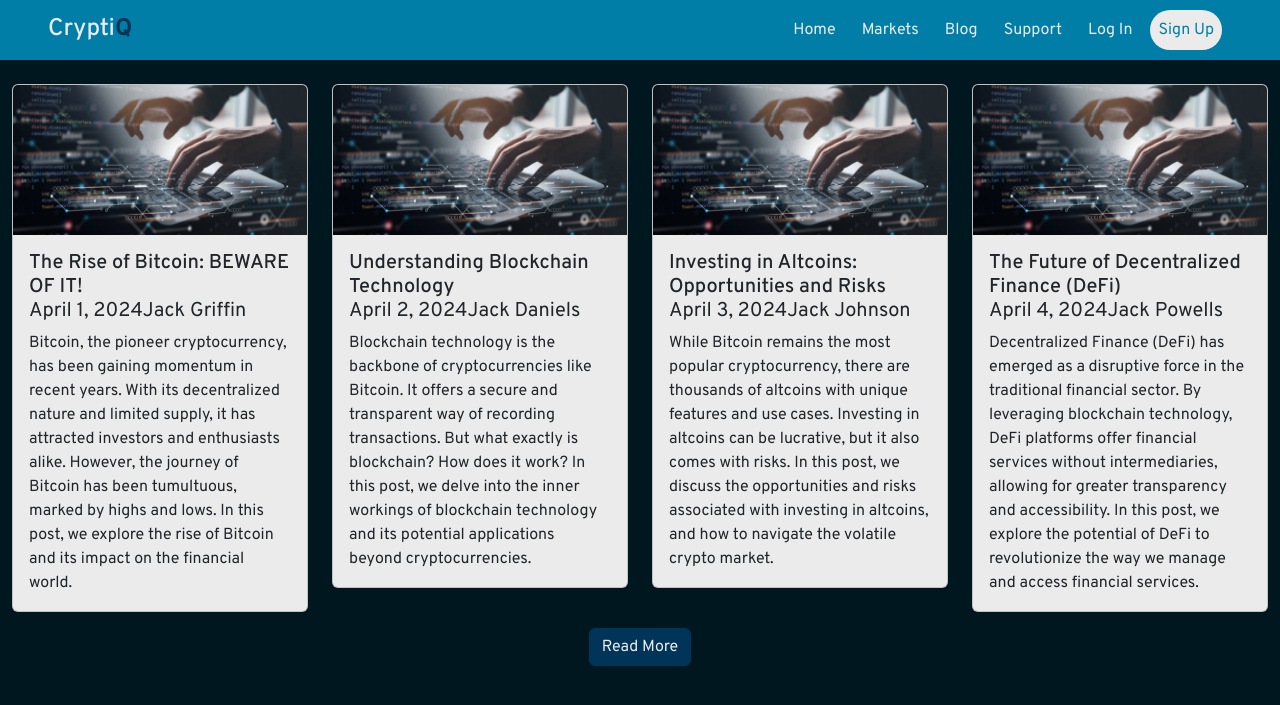
Repository: griffin1995/cryptocurrencyPlatform
Page: /Blog (app in client/)
The author's editor kept a copy of each file at every save. The page is drawn from the files as they stood at one save, then again after the next save.
The browser window is 1280 px wide. The pictures show the whole page.
The project was rebuilt for these pictures with package versions that can differ from the ones it lists, and the page was loaded fresh each time. Also part of the build but not shown: client/src/context/AdminContext.js, client/src/components/CoinDetails.js, client/src/hooks/useAdminContext.js, client/src/components/SignUpUser.js, client/src/components/UserDetails.js, client/src/components/AdminControls.js, client/src/pages/Home.js, client/src/pages/Blog.scss and 16 more.

Above is the page before, as saved 2024-04-07 15:26:15.

### client/src/index.scss
@import url("https://fonts.googleapis.com/css2?family=Overpass:ital,wght@0,100..900;1,100..900&display=swap");

html{
  background-color: #00171f;
}

* {
  font-family: "Overpass", sans-serif;
  font-optical-sizing: auto;
  font-weight: normal;
  font-style: normal;
}

code {
  font-family: source-code-pro, Menlo, Monaco, Consolas, "Courier New",
    monospace;
}

hr {
  margin-top: 0.2rem !important;
  margin-bottom: 1rem !important;
  border: none !important;
  height: 4px; /* Adjust height as needed */
  background-color: #00a7e1 !important;
  &.active {
    background-color: #FFFFFF !important; /* Change color to your desired color */
  }
}

.link-unstyled, .link-unstyled:link {
  color: inherit;
  text-decoration: inherit;
  :hover{
    color:#00a7e1;
    transition: all 0.5s ease;
  }
}

/* width */
::-webkit-scrollbar {
  width: 10px;
}

/* Track */
::-webkit-scrollbar-track {
  background: #f1f1f1;
}

/* Handle */
::-webkit-scrollbar-thumb {
  background: #007ea7;
}

/* Handle on hover */
::-webkit-scrollbar-thumb:hover {
  background: #007ea7;
}

### client/src/reactCustom.scss
//Custom React SASS styling sheet for defining colours, importing Bootstrap SASS, styling React-Bootstrap Components
$primary: #003459;
$secondary: #007ea7;
$success: #00a7e1;
$dark: #00171f;
$light: #ebebeb;
$white: #ebebeb;

@import "~bootstrap/scss/bootstrap.scss";

### client/src/context/AuthenticationContext.js
// Import necessary hooks from React
import { createContext, useReducer, useEffect } from "react";

// Create a context for authentication data
export const AuthenticationContext = createContext();

// Reducer function for handling authentication actions
export const authenticationReducer = (state, action) => {
  switch (action.type) {
    case "LOGIN": // Case to handle user login
      return { user: action.payload }; // Set the user data when logged in
    case "LOGOUT": // Case to handle user logout
      return { user: null }; // Clear the user data when logged out
    default: // Default case to handle other actions
      return state; // Return the current state if no action is matched
  }
};

// Component to provide authentication context to child components
export const AuthenticationContextProvider = ({ children }) => {
  // Use the useReducer hook to manage state with the authenticationReducer
  const [state, dispatch] = useReducer(authenticationReducer, { user: null });
  //empty array cus we only check once, when load
  useEffect(() => {
    //stored as json string so we parse in to object
    const user = JSON.parse(localStorage.getItem("user"));

    if (user) {
      dispatch({ type: "LOGIN", payload: user });
    }
  }, []);

  // Log the current state for debugging purposes (consider removing in production)
  console.log("AuthenticationContext state: ", state);

  return (
    <AuthenticationContext.Provider value={{ ...state, dispatch }}>
      {children}
    </AuthenticationContext.Provider>
  );
};

### client/src/pages/Blog.js
import React, { useState, useEffect } from "react";
import "./Blog.scss";
import { Col, Row, Card, Button } from "react-bootstrap";
import image from "../media/place-holder.jpg";

export default function Blog() {
  const posts = [
    {
      id: 1,
      title: "The Rise of Bitcoin: BEWARE OF IT!",
      date: "April 1, 2024",
      author: "Jack Griffin",
      image: "got annoyed",
      content:
        "Bitcoin, the pioneer cryptocurrency, has been gaining momentum in recent years. With its decentralized nature and limited supply, it has attracted investors and enthusiasts alike. However, the journey of Bitcoin has been tumultuous, marked by highs and lows. In this post, we explore the rise of Bitcoin and its impact on the financial world.",
    },
    {
      id: 2,
      title: "Understanding Blockchain Technology",
      date: "April 2, 2024",
      author: "Jack Daniels",
      image: "got annoyed",
      content:
        "Blockchain technology is the backbone of cryptocurrencies like Bitcoin. It offers a secure and transparent way of recording transactions. But what exactly is blockchain? How does it work? In this post, we delve into the inner workings of blockchain technology and its potential applications beyond cryptocurrencies.",
    },
    {
      id: 3,
      title: "Investing in Altcoins: Opportunities and Risks",
      date: "April 3, 2024",
      author: "Jack Johnson",
      image: "got annoyed",
      content:
        "While Bitcoin remains the most popular cryptocurrency, there are thousands of altcoins with unique features and use cases. Investing in altcoins can be lucrative, but it also comes with risks. In this post, we discuss the opportunities and risks associated with investing in altcoins, and how to navigate the volatile crypto market.",
    },
    {
      id: 4,
      title: "The Future of Decentralized Finance (DeFi)",
      date: "April 4, 2024",
      author: "Jack Powells",
      image: "got annoyed",
      content:
        "Decentralized Finance (DeFi) has emerged as a disruptive force in the traditional financial sector. By leveraging blockchain technology, DeFi platforms offer financial services without intermediaries, allowing for greater transparency and accessibility. In this post, we explore the potential of DeFi to revolutionize the way we manage and access financial services.",
    },
  ];
  return (
    <div>
    <Row className="mt-4">
      {posts.length === 0 ? (
        <p className="error-message">No posts to display</p>
      ) : (
        <>
          {posts.map((post) => (
            <Col sm={3} key={post.id}>
              <Card>
                <Card.Img variant="top" src={image} />
                <Card.Body>
                  <Card.Title>
                    {post.title}
                    <div className="post-info">
                      <span className="date-author">{post.date}</span>
                      <span className="date-author author-name">
                        {post.author}
                      </span>
                    </div>
                  </Card.Title>
                  <Card.Text className="post-description">
                    {post.content}
                  </Card.Text>
                </Card.Body>
              </Card>
            </Col>
          ))}
        </>
      )}
    </Row>
    <div className="d-flex justify-content-center mt-3">
    <Button variant="primary">Read More</Button>
  </div>
</div>
  );
}

### client/src/components/NavigationBar.js
//Navbar component for the application.
//Provides a top-level navigation element, allowing users to navigate through the app without full page reloads.
import { Row, Container, Navbar, Nav, Button } from "react-bootstrap";
import { Link } from "react-router-dom";
import "./NavigationBar.scss";
import { useAuthenticationContext } from "../hooks/useAuthenticationContext";
import { useLogout } from "../hooks/useLogout";

export default function NavigationBar() {
  const { user } = useAuthenticationContext();
  const { logout } = useLogout();
  const handleClick = () => {
    logout();
  };
  return (
    <Row>
      <Navbar expand="lg" className="navbar-dark bg-secondary">
        <Container fluid className="px-5">
          <Navbar.Brand as={Link} to="/">
            <span className="h4">
              Crypti<span className="text-primary fw-bold">Q</span>
            </span>
          </Navbar.Brand>
          <Navbar.Toggle aria-controls="basic-navbar-nav" />
          <Navbar.Collapse id="basic-navbar-nav">
            <Nav className="justify-content-end flex-grow-1">
              {/* Display the user's email if logged in */}
              {user && (
                <>
                  <Nav.Link disabled className="text-light">
                    {user.email}
                  </Nav.Link>
                  <Nav.Link>
                    Account
                  </Nav.Link>
                  <Nav.Link>
                    Wallets
                  </Nav.Link>
                </>
              )}
              <Nav.Link as={Link} to="/">
                Home
              </Nav.Link>
              <Nav.Link as={Link} to="/Markets">
                Markets
              </Nav.Link>
              <Nav.Link as={Link} to="/Blog">
                Blog
              </Nav.Link>
              <Nav.Link as={Link} to="/Support">
                Support
              </Nav.Link>
              {/* Show sign up and login links only if user is not logged in */}
              {!user && (
                <>
                  <Nav.Link as={Link} to="/login">
                    Log In
                  </Nav.Link>
                  <Nav.Link as={Link} to="/signup" className="sign-up-btn">
                    Sign Up
                  </Nav.Link>
                </>
              )}
              {/* Logout button visible only if user is logged in */}
              {user && (
                <Button type="submit" onClick={handleClick}>
                  Log Out
                </Button>
              )}
            </Nav>
          </Navbar.Collapse>
        </Container>
      </Navbar>
    </Row>
  );
}

### client/src/components/NavigationBar.scss
.navbar {
  padding: 10px 0;
}

.navbar-brand img {
  height: auto;
  max-height: 40px;
}

.nav-link {
  margin-right: 10px;
  color: #ebebeb;
}

.sign-up-btn {
  background-color: #ebebeb;
  border-radius: 25px;
  color: #007EA7;
  &:hover {
    background-color: #003459;
    color: white;
  }
}

### client/src/hooks/useAuthenticationContext.js
// Import useContext hook from React for consuming context in functional components
import { useContext } from "react";
// Import AuthenticationContext to access the admin-related context for the application
import { AuthenticationContext } from "../context/AuthenticationContext";
/**
 * Custom hook to access the AuthenticationContext within the component tree.
 *
 * This hook abstracts the useContext hook for AuthenticationContext, providing a convenient way
 * to access admin-related data (state and dispatch function) throughout the application.
 * It ensures the component using this hook is wrapped in an AuthenticationContextProvider by checking
 * the existence of the context and throwing an error if it's not available, promoting proper usage.
 *
 * @returns {Object} The current context value for AuthenticationContext, which includes the state and dispatch function.
 * @throws {Error} Throws an error if the hook is used outside of an AuthenticationContextProvider.
 */
export const useAuthenticationContext = () => {
  // Use the useContext hook to access the current context value for AuthenticationContext
  const context = useContext(AuthenticationContext);

  // Check if the context is undefined, indicating misuse outside of an AuthenticationContextProvider
  if (!context) {
    throw Error("useAuthenticationContext must be used within an AuthenticationContextProvider. Ensure your component is wrapped in an <AuthenticationContextProvider> to provide the necessary context.");
  }

  // Return the context value, making it accessible to the component
  return context;
};

### client/src/hooks/useLogout.js
// Import the useAuthenticationContext hook for accessing authentication state management.
import { useAuthenticationContext } from "./useAuthenticationContext";

/**
 * Custom hook for handling user logout.
 * Provides a logout function that can be used by components to log users out.
 * @returns {object} Object containing the logout function.
 */
export const useLogout = () => {
  // Extract dispatch from the authentication context.
  const { dispatch } = useAuthenticationContext();

  /**
   * Logs out the user by clearing session data and updating state.
   */
  const logout = () => {
    // Remove user data from local storage to clear the current session.
    localStorage.removeItem("user");

    // Dispatch the 'LOGOUT' action to update the global authentication state.
    dispatch({ type: "LOGOUT" });
  };

  // Return the logout function for use in components.
  return { logout };
};

Loaded but not shown: client/public/index.html (common file); client/src/index.js (common file); client/src/App.js (common file)

After the next save:
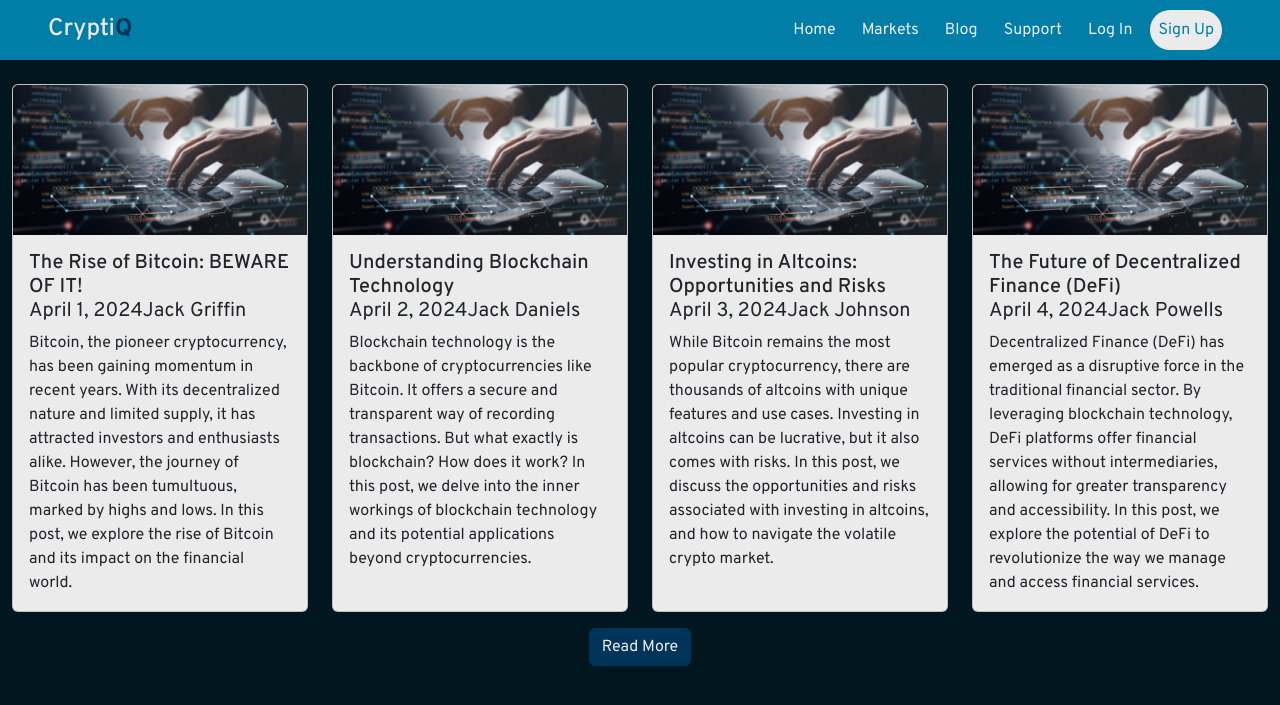
Saved 37 s later.
--- a/client/src/pages/Blog.js
+++ b/client/src/pages/Blog.js
@@ -51,7 +51,7 @@ export default function Blog() {
         <>
           {posts.map((post) => (
             <Col sm={3} key={post.id}>
-              <Card>
+              <Card className="h-100">
                 <Card.Img variant="top" src={image} />
                 <Card.Body>
                   <Card.Title>
